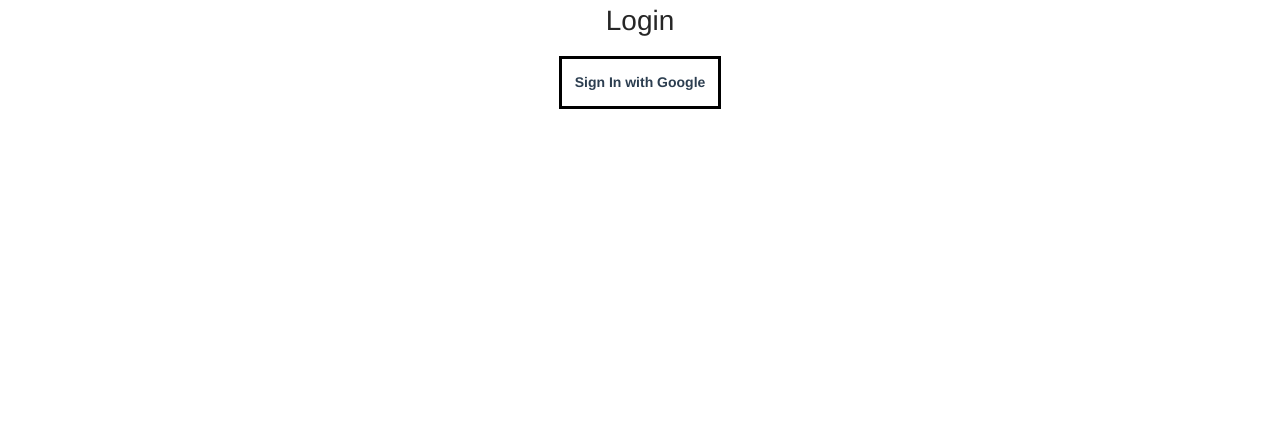
Repository: writesapp/mod
Page: /login
These files come from the project's save history. The page is drawn as it stood at one moment and after a run of saves; the edit follows.
The browser window is 1280 px wide. The pictures show the whole page.
The project was rebuilt for these pictures with package versions that can differ from the ones it lists, and the page was loaded fresh each time. Also part of the build but not shown: src/views/Home.vue, src/views/Writes.vue.

Above is the page before, as saved 2020-07-09 13:28:29.

After the next 2 saves:
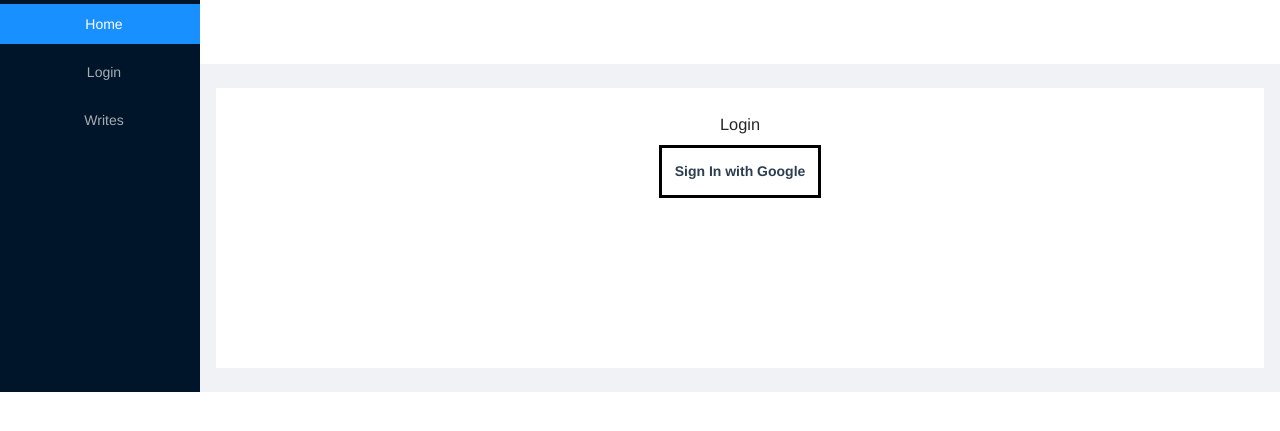
The 2 saves are shown as one change because 1 did not build or start.
The last was saved 90 s later.
--- a/src/views/Login.vue
+++ b/src/views/Login.vue
@@ -1,7 +1,38 @@
 <template>
-  <div class="login">
+  <div class="home">
+    <a-layout id="components-layout-demo-custom-trigger">
+    <a-layout-sider v-model="collapsed" :trigger="null" collapsible>
+      <div class="logo" />
+      <a-menu theme="dark" mode="inline" :default-selected-keys="['1']">
+        <a-menu-item key="1">
+          <router-link to="/">Home</router-link>
+        </a-menu-item>
+        <a-menu-item key="2">
+          <router-link to="/login">Login</router-link>
+        </a-menu-item>
+        <a-menu-item key="3">
+          <router-link to="/writes">Writes</router-link>
+        </a-menu-item>
+      </a-menu>
+    </a-layout-sider>
+    <a-layout>
+      <a-layout-header style="background: #fff; padding: 0">
+        <a-icon
+          class="trigger"
+          :type="collapsed ? 'menu-unfold' : 'menu-fold'"
+          @click="() => (collapsed = !collapsed)"
+        />
+      </a-layout-header>
+      <a-layout-content
+        :style="{ margin: '24px 16px', padding: '24px', background: '#fff', minHeight: '280px' }"
+      >
+        <div class="login">
     <h1>Login</h1>
     <SigninButton @click.native="login()"></SigninButton>
+  </div>
+      </a-layout-content>
+    </a-layout>
+  </a-layout>
   </div>
 </template>
 
